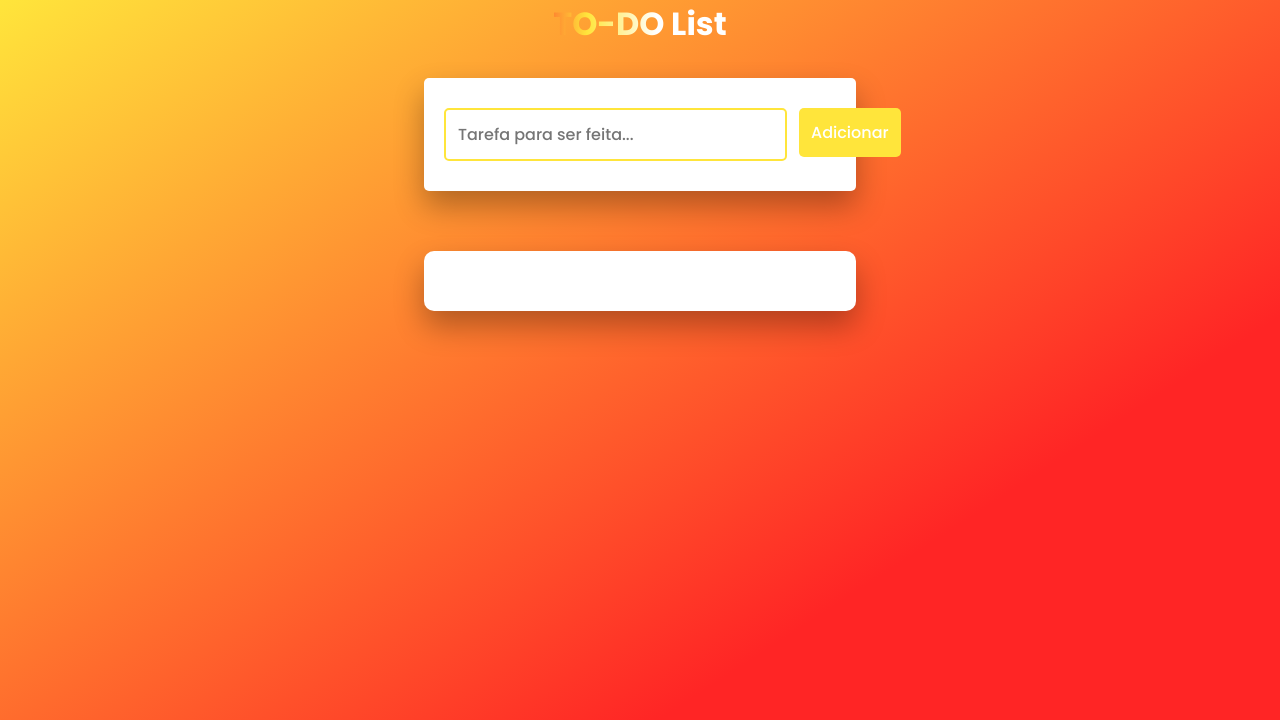
Repository: PetersonAntonyDev/python-flask-
Page: index.html
The author's editor kept a copy of each file at every save. The page is drawn from the files as they stood at one save, then again after the next save.
The browser window is 1280 px wide. The pictures show the whole page.
Some web libraries are served in a nearby version.

Above is the page before, as saved 2022-07-26 14:24:35.

### index.html
<!DOCTYPE html>
<html lang="en">

<head>
    <meta charset="UTF-8" />
    <meta http-equiv="X-UA-Compatible" content="IE=edge" />
    <meta name="viewport" content="width=device-width, initial-scale=1.0" />
    <title>EM PROGRESSO - Lista de Tarefas</title>
    <link rel="preconnect" href="https://fonts.googleapis.com" />
    <link rel="preconnect" href="https://fonts.gstatic.com" crossorigin />
    <link href="https://fonts.googleapis.com/css2?family=Poppins:wght@400;500;700&display=swap" rel="stylesheet" />
    <link rel="stylesheet" href="/style.css" />
</head>

<body>
    <header>
        <h1>TO-DO List</h1>
    </header>
    <div class="container">
        <div class="new-task-container">
            <input type="text" class="new-task-input" placeholder="Tarefa para ser feita..." />

            <button class="new-task-button">Adicionar</button>
        </div>

        <div class="tasks-container"></div>
    </div>

    <script src="https://kit.fontawesome.com/f9e19193d6.js" crossorigin="anonymous"></script>
    <script src="/script.js"></script>
</body>

</html>

### style.css
* {
    margin: 0;
    padding: 0;
    box-sizing: border-box;
    font-family: "Poppins", sans-serif;
}

body {
    height: 100vh;
    background-color: #FFE53B;
    background-image: linear-gradient(147deg, #FFE53B 0%, #FF2525 74%);
    display: flex;
    align-items: center;
    flex-direction: column;
}

h1 {
    font-size: 2rem;
    background: linear-gradient(to right, #fff 20%,
            #FF2525 40%, #FFE53B 60%, #fff 80%);
            background-size: 200% auto;
            color: #000;
    background-clip: text;
    text-fill-color: transparent;
    -webkit-background-clip: text;
    -webkit-text-fill-color: transparent;
    animation: animate 2s linear infinite;
}

@keyframes animate {
    to {
        background-position: 200% center;
    }
}

.container {
    border-radius: 20px;
    padding: 30px 40px;
    width: 40%;
    min-width: 500px;
}

.new-task-container {
    background-color: #fff;
    padding: 30px 20px;
    border-radius: 5px;
    box-shadow: 0 15px 30px rgba(0, 0, 0, 0.3);
    display: flex;
}

.new-task-container input {
    flex: 3;
    font-size: 1rem;
    border: 2px solid #FFE53B;
    border-radius: 5px;
    padding: 12px;
    font-weight: 500;
    color: #FF2525;
}

.new-task-container input:focus {
    outline: none;
    border-color: #FFE53B;
}

.new-task-button {
    flex: 1;
    border-radius: 5px;
    font-weight: 500;
    height: 100%;
    font-size: 1rem;
    border: none;
    background-color: #FFE53B;
    color: #fff;
    padding: 12px;
    margin-left: 12px;
    cursor: pointer;
}

.new-task-button:hover {
    background-color: #FF2525;
    color: #fff;
    transition: all .5s;
}

.tasks-container {
    background-color: #fff;
    padding: 30px 20px;
    margin-top: 60px;
    border-radius: 10px;
    box-shadow: 0 15px 30px rgba(0, 0, 0, 0.3);
    width: 100%;

}

.task-item {
    display: flex;
    justify-content: space-between;
    align-items: center;
    margin-bottom: 6px;
    margin-top: 6px;
    border: #FF2525 1px solid;
    border-radius: 5px;
}

.task-item i {
    background-color: #FF2525;
    color: #fff;
    padding: 13px;
    border-radius: 5px;
    flex-wrap: wrap;
}

.task-item i:hover {
    cursor: pointer;
}

/* Utilities */
.error {
    border: 2px solid red !important;
}

.error::placeholder {
    color: red;
}

.completed {
    text-decoration: line-through;
}

### script.js
const inputElement = document.querySelector(".new-task-input");
const addTaskButton = document.querySelector(".new-task-button");

const tasksContainer = document.querySelector(".tasks-container");

const validateInput = () => inputElement.value.trim().length > 0;

const handleAddTask = () => {
    const inputIsValid = validateInput();

    console.log(inputIsValid);

    if (!inputIsValid) {
        return inputElement.classList.add("error");
    }

    const taskItemContainer = document.createElement("div");
    taskItemContainer.classList.add("task-item");

    const taskContent = document.createElement("p");
    taskContent.innerText = inputElement.value;

    taskContent.addEventListener("click", () => handleClick(taskContent));

    const deleteItem = document.createElement("i");
    deleteItem.classList.add("far");
    deleteItem.classList.add("fa-trash-alt");

    deleteItem.addEventListener("click", () =>
        handleDeleteClick(taskItemContainer, taskContent)
    );

    /*const RefreshItem = document.createElement("i");
    RefreshItem.classList.add("fa");
    RefreshItem.classList.add("fa-pen-solid");

    RefreshItem.addEventListener("click", () =>
        handleRefreshClick(taskItemContainer, taskContent)
    );*/

    taskItemContainer.appendChild(taskContent);
    //taskItemContainer.appendChild(RefreshItem);
    taskItemContainer.appendChild(deleteItem);

    tasksContainer.appendChild(taskItemContainer);

    inputElement.value = "";

    updateLocalStorage();
};

const handleClick = (taskContent) => {
    const tasks = tasksContainer.childNodes;

    for (const task of tasks) {
        const currentTaskIsBeingClicked = task.firstChild.isSameNode(taskContent);

        if (currentTaskIsBeingClicked) {
            task.firstChild.classList.toggle("completed");
        }
    }

    updateLocalStorage();
};

const handleDeleteClick = (taskItemContainer, taskContent) => {
    const tasks = tasksContainer.childNodes;

    for (const task of tasks) {
        const currentTaskIsBeingClicked = task.firstChild.isSameNode(taskContent);

        if (currentTaskIsBeingClicked) {
            taskItemContainer.remove();
        }


    }

    updateLocalStorage();
};

/*const handleRefreshClick = (taskItemContainer, taskContent) => {
    const tasks = tasksContainer.childNodes;

    for (const task of tasks) {
        const currentTaskIsBeingClicked = task.firstChild.isSameNode(taskContent);

        if (currentTaskIsBeingClicked) {
            taskItemContainer.appendChild();
        }


    }

    updateLocalStorage();
};*/

const handleInputChange = () => {
    const inputIsValid = validateInput();

    if (inputIsValid) {
        return inputElement.classList.remove("error");
    }
};

const updateLocalStorage = () => {
    const tasks = tasksContainer.childNodes;

    const localStorageTasks = [...tasks].map((task) => {
        const content = task.firstChild;
        const isCompleted = content.classList.contains("completed");

        return { description: content.innerText, isCompleted };
    });

    localStorage.setItem("tasks", JSON.stringify(localStorageTasks));
};

const refreshTasksUsingLocalStorage = () => {
    const tasksFromLocalStorage = JSON.parse(localStorage.getItem("tasks"));

    if (!tasksFromLocalStorage) return;

    for (const task of tasksFromLocalStorage) {
        const taskItemContainer = document.createElement("div");
        taskItemContainer.classList.add("task-item");

        const taskContent = document.createElement("p");
        taskContent.innerText = task.description;

        if (task.isCompleted) {
            taskContent.classList.add("completed");
        }

        taskContent.addEventListener("click", () => handleClick(taskContent));

        const deleteItem = document.createElement("i");
        deleteItem.classList.add("far");
        deleteItem.classList.add("fa-trash-alt");

        deleteItem.addEventListener("click", () =>
            handleDeleteClick(taskItemContainer, taskContent)
        );

        taskItemContainer.appendChild(taskContent);
        taskItemContainer.appendChild(deleteItem);

        tasksContainer.appendChild(taskItemContainer);
    }
};

refreshTasksUsingLocalStorage();

addTaskButton.addEventListener("click", () => handleAddTask());

inputElement.addEventListener("change", () => handleInputChange());

After the next save:
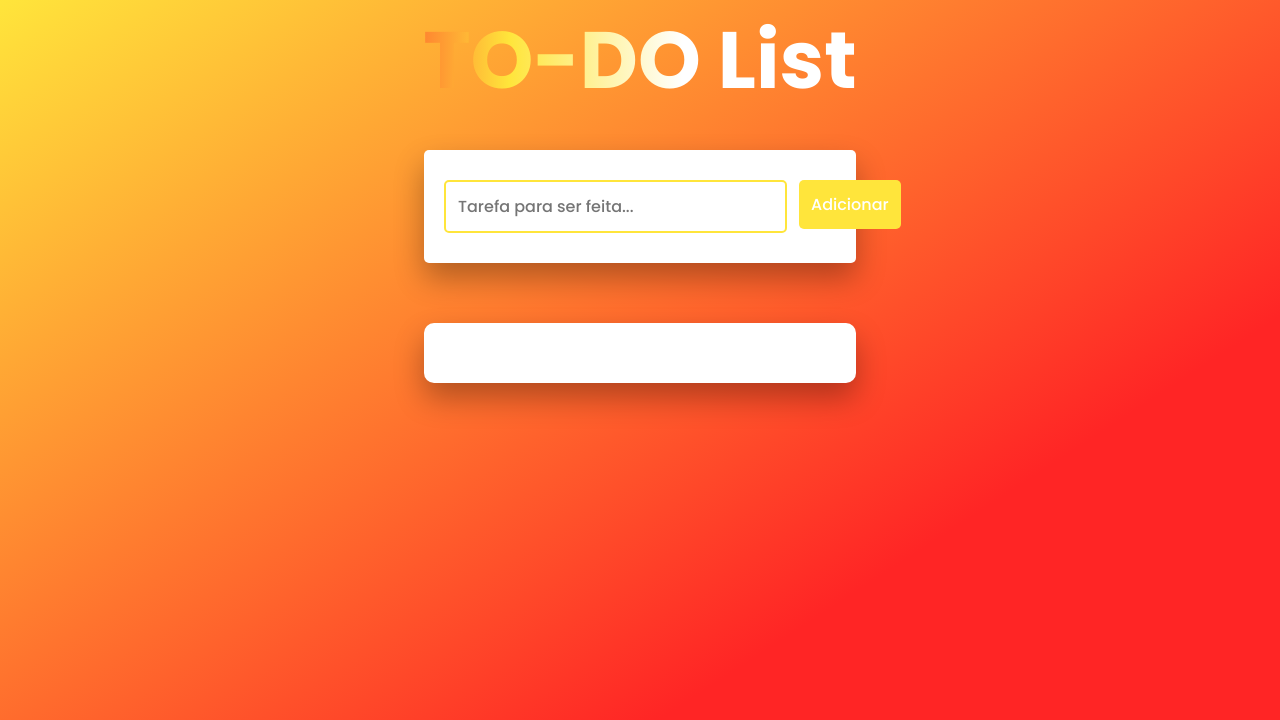
Saved 4 s later.
--- a/style.css
+++ b/style.css
@@ -15,7 +15,7 @@ body {
 }
 
 h1 {
-    font-size: 2rem;
+    font-size: 5rem;
     background: linear-gradient(to right, #fff 20%,
             #FF2525 40%, #FFE53B 60%, #fff 80%);
             background-size: 200% auto;
